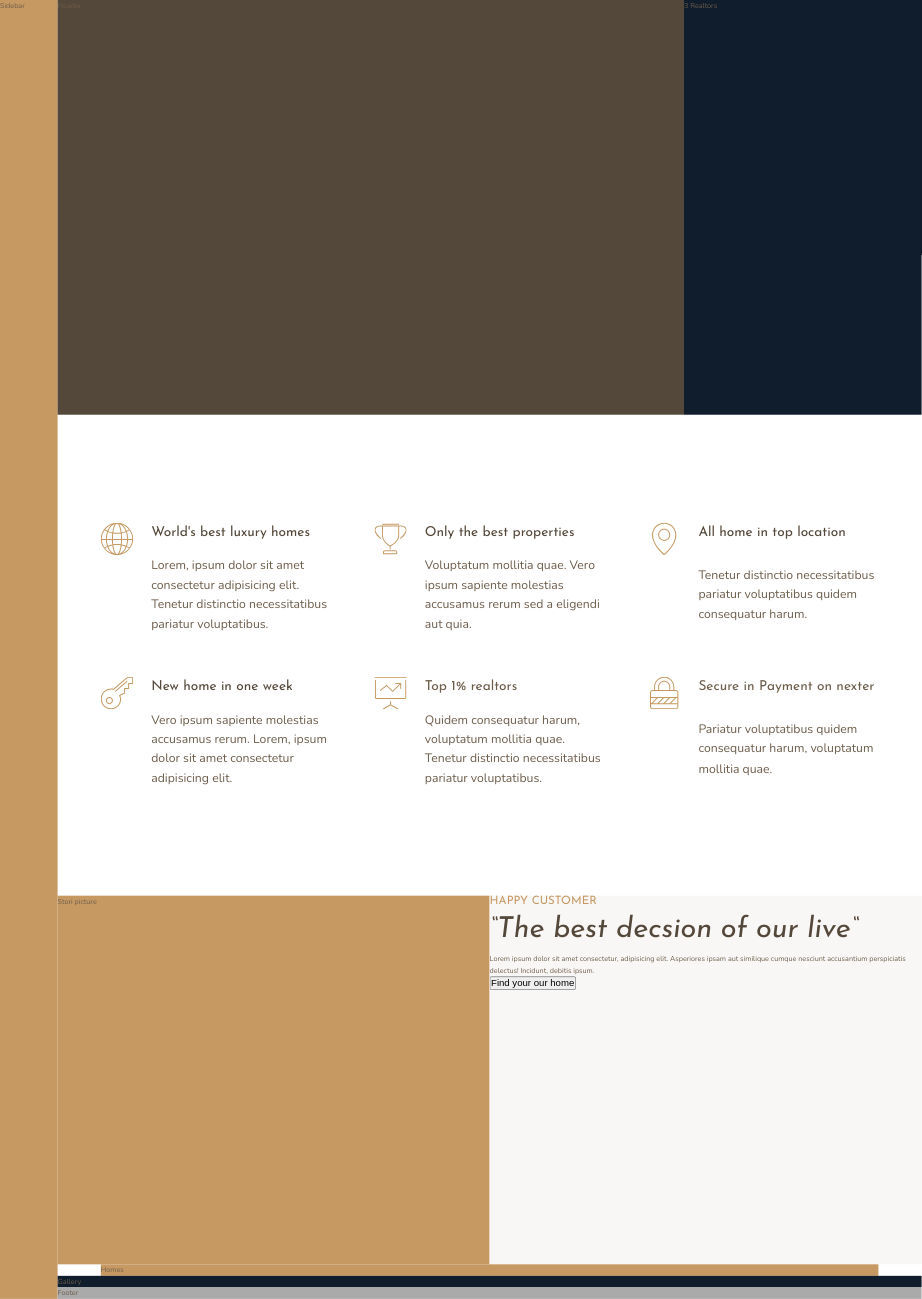
Repository: m2pd/your-home
Page: index.html
These files come from the project's save history. The page is drawn as it stood at one moment and after the next save; the edit follows.
The browser window is 1280 px wide. The pictures show the whole page, at 72% of full size.
The style sheet was rebuilt from its Sass, Less or Tailwind sources for each picture, by a compiler version that may differ from the author's.

Above is the page before, as saved 2020-03-05 10:31:21.

### index.html
<!DOCTYPE html>
<html lang="en">
    <head>
        <meta charset="UTF-8">
        <meta name="viewport" content="width=device-width, initial-scale=1.0">
        <meta http-equiv="X-UA-Compatible" content="ie=edge">

        <link href="https://fonts.googleapis.com/css?family=Josefin+Sans:300,400,400i|Nunito:300,300i" rel="stylesheet">
        <link rel="stylesheet" href="css/style.css">
        <link rel="shortcut icon" type="image/png" href="img/favicon.png">

        <title>nexter &mdash; your home, your freedom</title>
    </head>
    <body class="container">

        <div class="sidebar">
            Sidebar
        </div>

        <header class="header">
            Header
        </header>

        <div class="realtors">
            3 Realtors
        </div>

        <div class="features">
            <div class="feature feature-1">
                <svg class="feature__icon">
                    <use xlink:href="img/sprite.svg#icon-global"></use>
                </svg>
                <h4 class="heading-4 heading-4--dark">World's best luxury homes</h4>
                <p class="feature__text">
                    Lorem, ipsum dolor sit amet consectetur adipisicing elit. Tenetur distinctio necessitatibus pariatur voluptatibus.
                </p>
            </div>

            <div class="feature feature-2">
                <svg class="feature__icon">
                    <use xlink:href="img/sprite.svg#icon-trophy"></use>
                </svg>
                <h4 class="heading-4 heading-4--dark">Only the best properties</h4>
                <p class="feature__text">
                    Voluptatum mollitia quae. Vero ipsum sapiente molestias accusamus rerum sed a eligendi aut quia.
                </p>
            </div>

            <div class="feature feature-3">
                <svg class="feature__icon">
                    <use xlink:href="img/sprite.svg#icon-map-pin"></use>
                </svg>
                <h4 class="heading-4 heading-4--dark">All home in top location</h4>
                <p class="feature__text">
                    Tenetur distinctio necessitatibus pariatur voluptatibus quidem consequatur harum.
                </p>
            </div>

            <div class="feature feature-4">
                <svg class="feature__icon">
                    <use xlink:href="img/sprite.svg#icon-key"></use>
                </svg>
                <h4 class="heading-4 heading-4--dark">New home in one week</h4>
                <p class="feature__text">
                    Vero ipsum sapiente molestias accusamus rerum. Lorem, ipsum dolor sit amet consectetur adipisicing elit.
                </p>
            </div>

            <div class="feature feature-5">
                <svg class="feature__icon">
                    <use xlink:href="img/sprite.svg#icon-presentation"></use>
                </svg>
                <h4 class="heading-4">Top 1% realtors</h4>
                <p class="feature__text">
                    Quidem consequatur harum, voluptatum mollitia quae. Tenetur distinctio necessitatibus pariatur voluptatibus.
                </p>
            </div>

            <div class="feature feature-6">
                <svg class="feature__icon">
                    <use xlink:href="img/sprite.svg#icon-lock"></use>
                </svg>
                <h4 class="heading-4">Secure in Payment on nexter</h4>
                <p class="feature__text">
                    Pariatur voluptatibus quidem consequatur harum, voluptatum mollitia quae.
                </p>
            </div>
        </div>

        <div class="story__pictures">
            Stori picture
        </div>

        <div class="story__content">
            <h3 class="heading-3">Happy Customer</h3>
            <h2 class="heading-2 heading-2--dark">&ldquo;The best decsion of our live&ldquo;</h2>
            <div class="story__text">
                Lorem ipsum dolor sit amet consectetur, adipisicing elit. Asperiores ipsam aut similique cumque nesciunt accusantium perspiciatis delectus! Incidunt, debitis ipsum.
            </div>
            <button class="btn">Find your our home</button>
        </div>

        <section class="homes">
            Homes
        </section>

        <section class="gallery">
            Gallery
        </section>

        <footer class="footer">
            Footer
        </footer>

    </body>
</html>

### sass/_base.scss
// COLOR VARIABLES
$color-primary: #c69963;
$color-primary-dark: #B28451;

$color-secondary: #101d2c;

$color-grey-light-1: #f9f7f6;
$color-grey-light-2: #aaa;

$color-grey-dark-1: #54483A;
$color-grey-dark-2: #6D5D4B;

// FONT VARIABLES
$font-primary: 'Nunito', sans-serif;
$font-display: 'Josefin Sans', sans-serif;


*,
*::before,
*::after{
    margin:0;
    padding:0;
    box-sizing: inherit;
}

html{
    font-size:62.5%;
    box-sizing: border-box;
}

body{
    font-family: $font-primary;
    color: $color-grey-dark-2;
    font-weight: 300;
    line-height: 1.6;
}

.container{
    display: grid;
    grid-template-rows: 80vh min-content 40vw repeat(3, min-content);
    grid-template-columns:[sidebar-start] 8rem [sidebar-end full-start] minmax(6rem, 1fr) [center-start] repeat(8, [col-start] minmax(min-content, 14rem) [col-end]) [center-end] minmax(6rem, 1fr) [full-end];

}

### sass/_typography.scss
%heading {
  font-family: $font-display;
  font-weight: 400;
}

.heading-1 {
  @extend %heading;
}

.heading-2 {
  @extend %heading;
  font-size: 4rem;
  font-style: italic;

  &--light{ color: $color-grey-light-1;}
  &--dark{ color: $color-grey-dark-1;}
}

.heading-3 {
  @extend %heading;

  font-size: 1.6rem;
  color: $color-primary;
  text-transform: uppercase;
  line-height: 1;

}

.heading-4 {
  @extend %heading;
  font-size: 1.9rem;

  &--light{ color: $color-grey-light-1;}
  &--dark{ color: $color-grey-dark-1;}

}

### sass/_features.scss
.features{
    grid-column: center-start /  center-end;

    margin: 15rem 0;
    display: grid;
    // grid-template-columns: repeat(3, 1fr);
    grid-template-columns: repeat(auto-fit, minmax(25rem, 1fr));
    grid-gap: 6rem;
}

.feature{
    display: grid;
    grid-template-columns: min-content 1fr;
    grid-column-gap: 2.5rem;
    grid-row-gap: 1.5rem;

    align-items: start;

    &__icon{
        fill: $color-primary;
        width:4.5rem;
        height:4.5rem;

        grid-row: 1 / span 2;
    }

    &__text{
        font-size: 1.7rem;
    }
}

### sass/_story.scss
.story{
    &__pictures{
        background-color: $color-primary;
        grid-column: full-start / col-end 4;
    }

    &__content{
        background-color: $color-grey-light-1;
        grid-column: col-start 5 / full-end;
    }
}

### sass/_homes.scss
.homes{
    background-color: $color-primary;
    grid-column: center-start / center-end;
}

### sass/_gallery.scss
.gallery{
    background-color: $color-secondary;
    grid-column: full-start / full-end;
}

### sass/_footer.scss
.footer{
    background-color: $color-grey-light-2;
    grid-column: full-start / full-end;
}

Loaded but not shown: sass/main.scss (common file); sass/_sidebar.scss (common file); sass/_header.scss (common file); sass/_realtors.scss (common file)

After the next save:
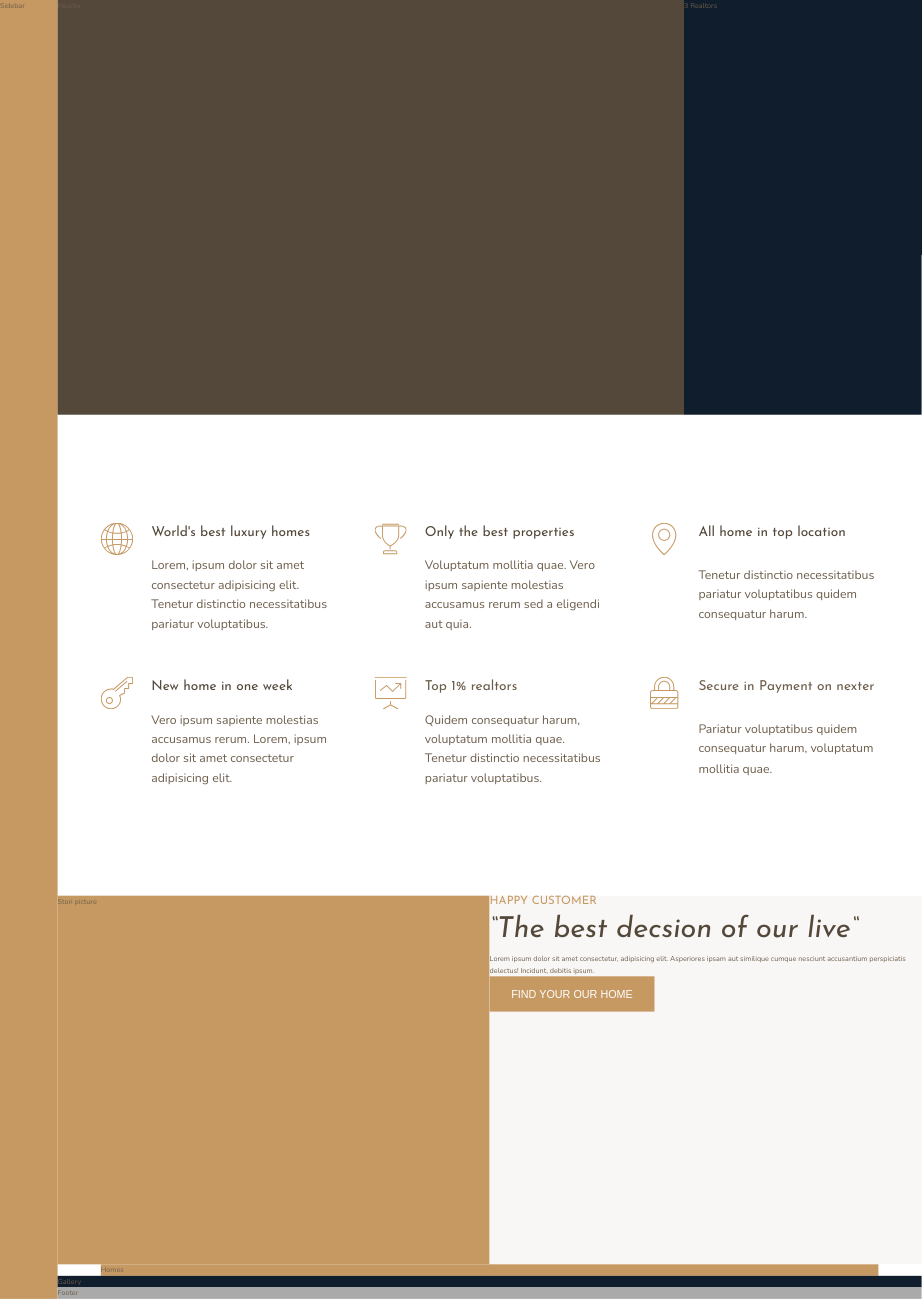
Saved 116 s later.
--- a/sass/_typography.scss
+++ b/sass/_typography.scss
@@ -34,3 +34,19 @@
   &--dark{ color: $color-grey-dark-1;}
 
 }
+
+.btn{
+    background-color: $color-primary;
+    color: #fff;
+    font-size: 1.5rem;
+    border: none;
+    border-radius: none;
+    padding: 1.6rem  3rem;
+    text-transform: uppercase;
+    cursor: pointer;
+    transition: all .2s;
+
+    &:hover{
+      background-color: $color-primary-dark;
+    }
+}
